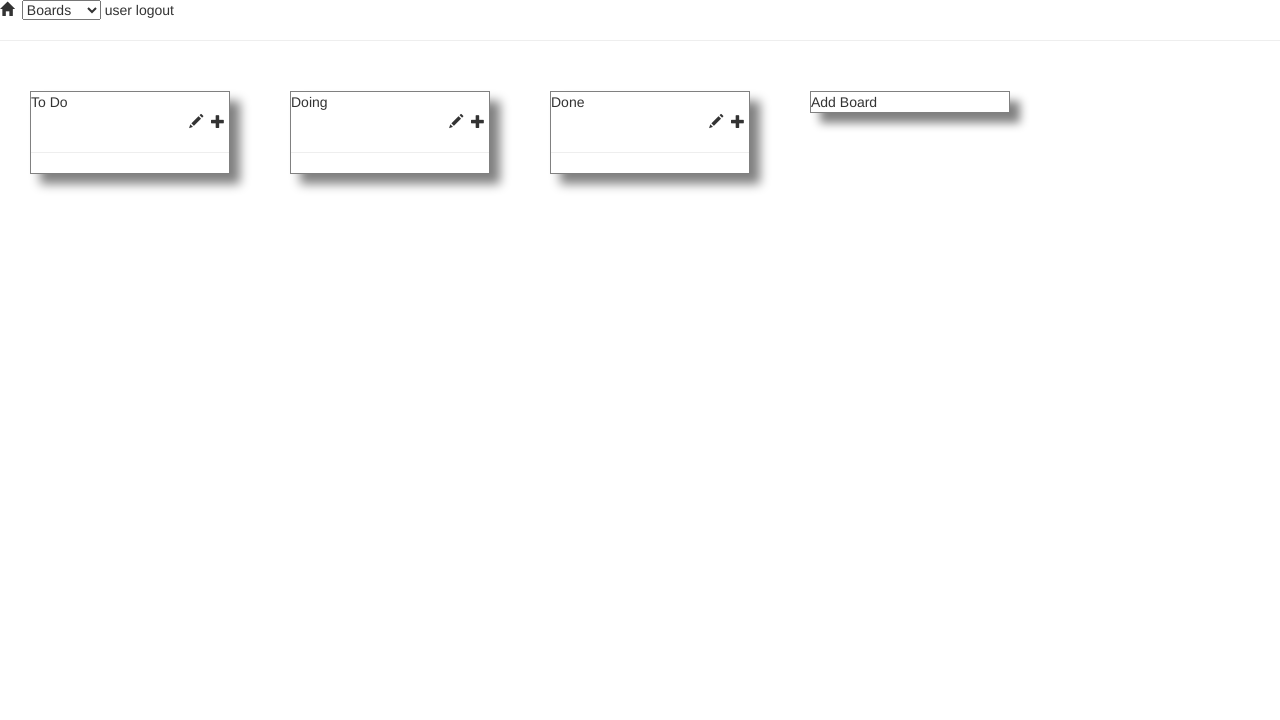
Repository: KIM-KYOUNG-OH/bitcamp-window
Page: Note/WebContent/front/note.html
The author's editor kept a copy of each file at every save. The page is drawn from the files as they stood at one save, then again after the next save.
The browser window is 1280 px wide. The pictures show the whole page.

Above is the page before, as saved 2020-10-29 11:28:38.

After the next save:
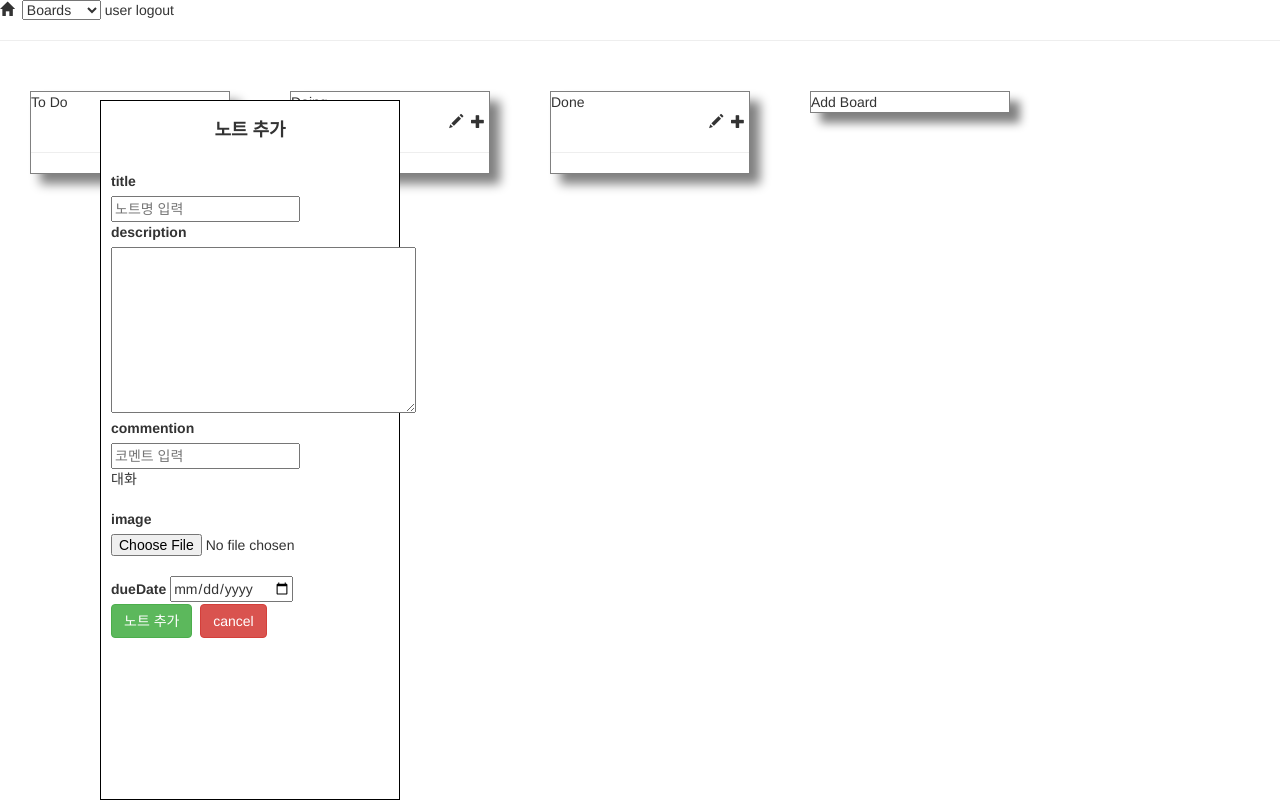
Console error: SyntaxError: Invalid or unexpected token
Saved 13 min 9 s later.
--- a/Note/WebContent/front/note.html
+++ b/Note/WebContent/front/note.html
@@ -83,7 +83,8 @@
 		var title = $("#title").val();
 		var description = $("#description").val();
 		var commention = $("#comment").text();
-		var image = $("#image").val();
+		var imageValue = $("#image").val().split("\");
+		var image = imageValue[imageValue.length-1];
 		var dueDate = $("#dueDate").val();
 		$.ajax({
 			type:'get',
@@ -145,11 +146,11 @@
 	<fieldset>
 	<h4 style='text-align: center;'><b>노트 추가</b></h4><br>
 		<label>title</label><br>
-		<input type="text" id="title" required="required"><br>
+		<input type="text" id="title" required="required" placeholder="노트명 입력"><br>
 		<label>description</label><br>
 		<textarea id="description" rows='8' cols='35'></textarea><br>
 		<label>commention</label><br>
-		<input type="text" id="input_comment"><br>
+		<input type="text" id="input_comment" placeholder="코멘트 입력"><br>
 		<div id="comment">대화</div><br>
 		<label>image</label>
 		<input type="file" id="image"><br>

After the save that followed:
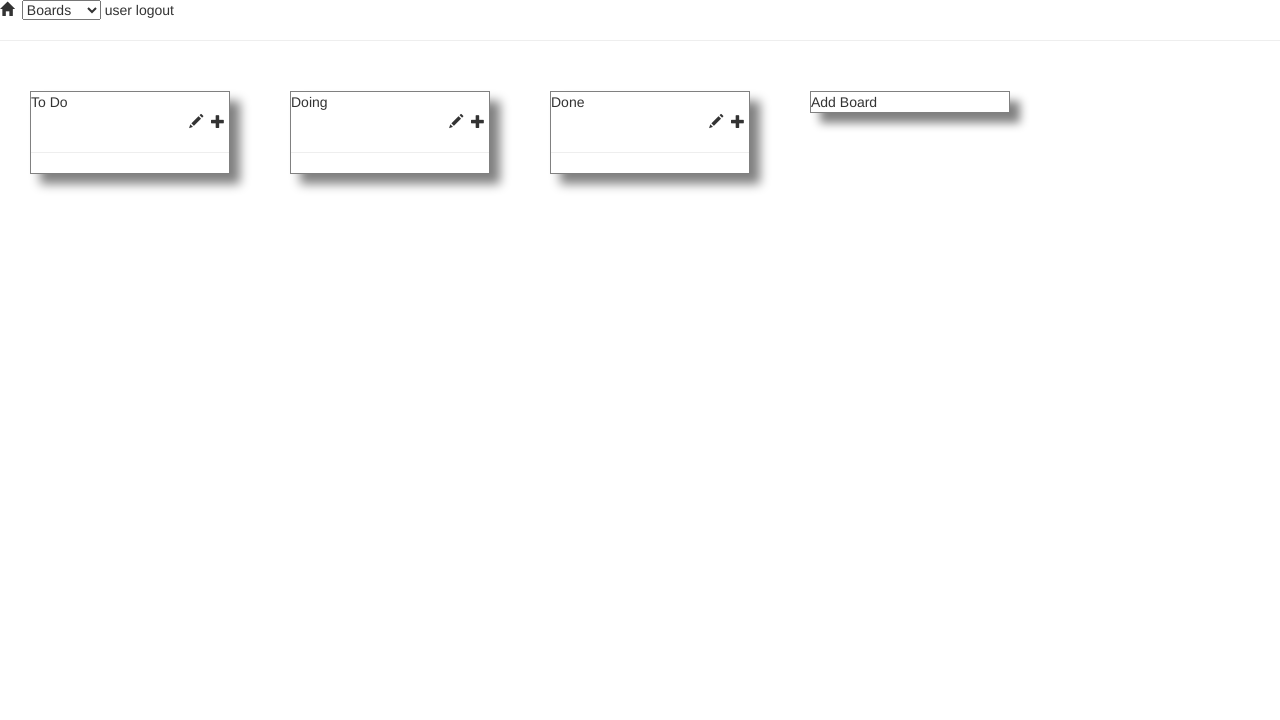
The error is gone.
Saved 25 s later.
--- a/Note/WebContent/front/note.html
+++ b/Note/WebContent/front/note.html
@@ -83,7 +83,7 @@
 		var title = $("#title").val();
 		var description = $("#description").val();
 		var commention = $("#comment").text();
-		var imageValue = $("#image").val().split("\");
+		var imageValue = $("#image").val().split("\\");
 		var image = imageValue[imageValue.length-1];
 		var dueDate = $("#dueDate").val();
 		$.ajax({
